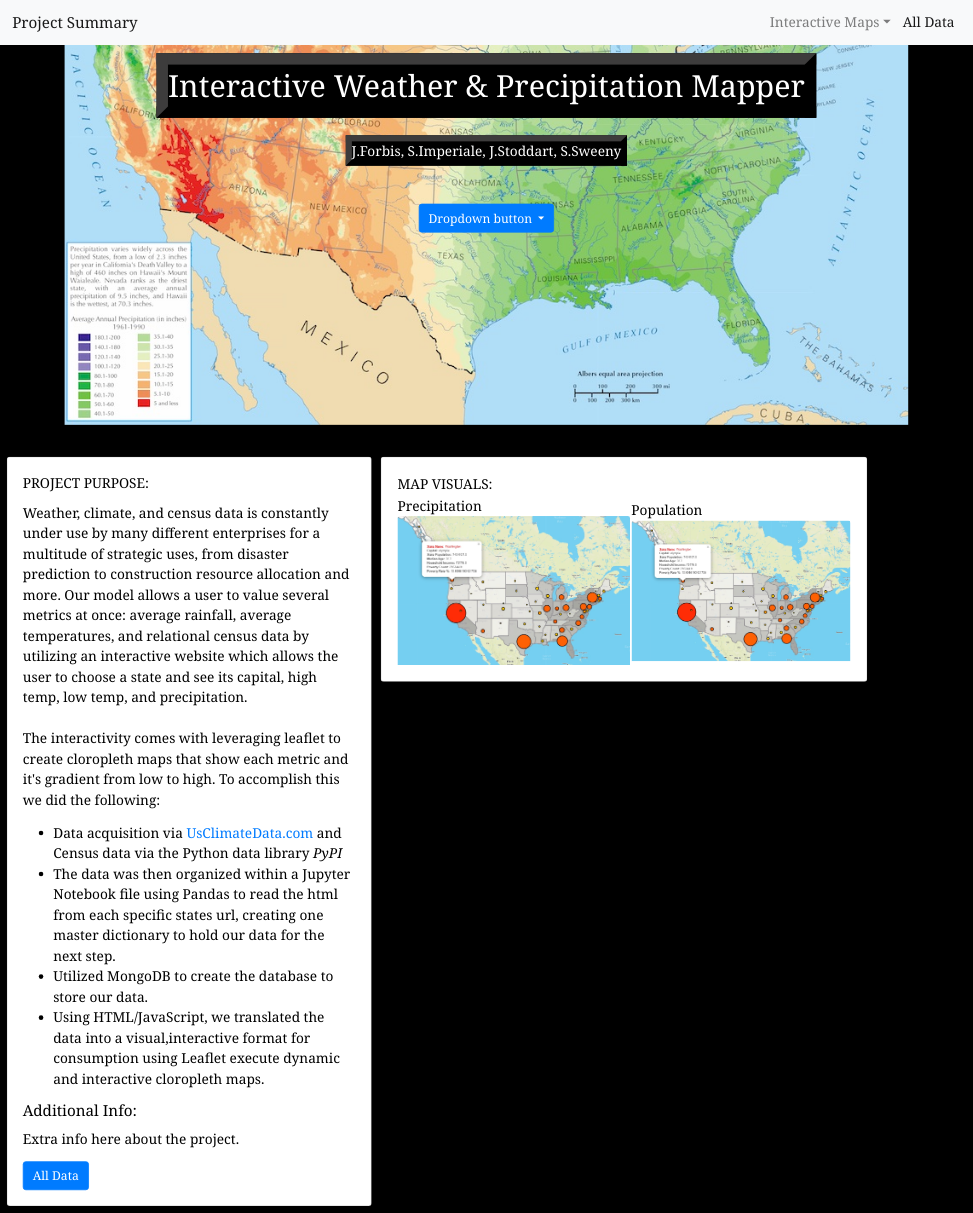
Repository: jforbis/project3-weathermap
Page: templates/index.html
The author's editor kept a copy of each file at every save. The page is drawn from the files as they stood at one save, then again after the next save.
The browser window is 1280 px wide. The pictures show the whole page, at 76% of full size.
Backgrounds fixed to the window are drawn as part of the page. The page is served by the project's application, run on Flask 3 (app.py). The template is opened directly, without the code that normally fills it, so the values that code supplies are empty.

Above is the page before, as saved 2021-03-16 01:31:54.

After the next save:
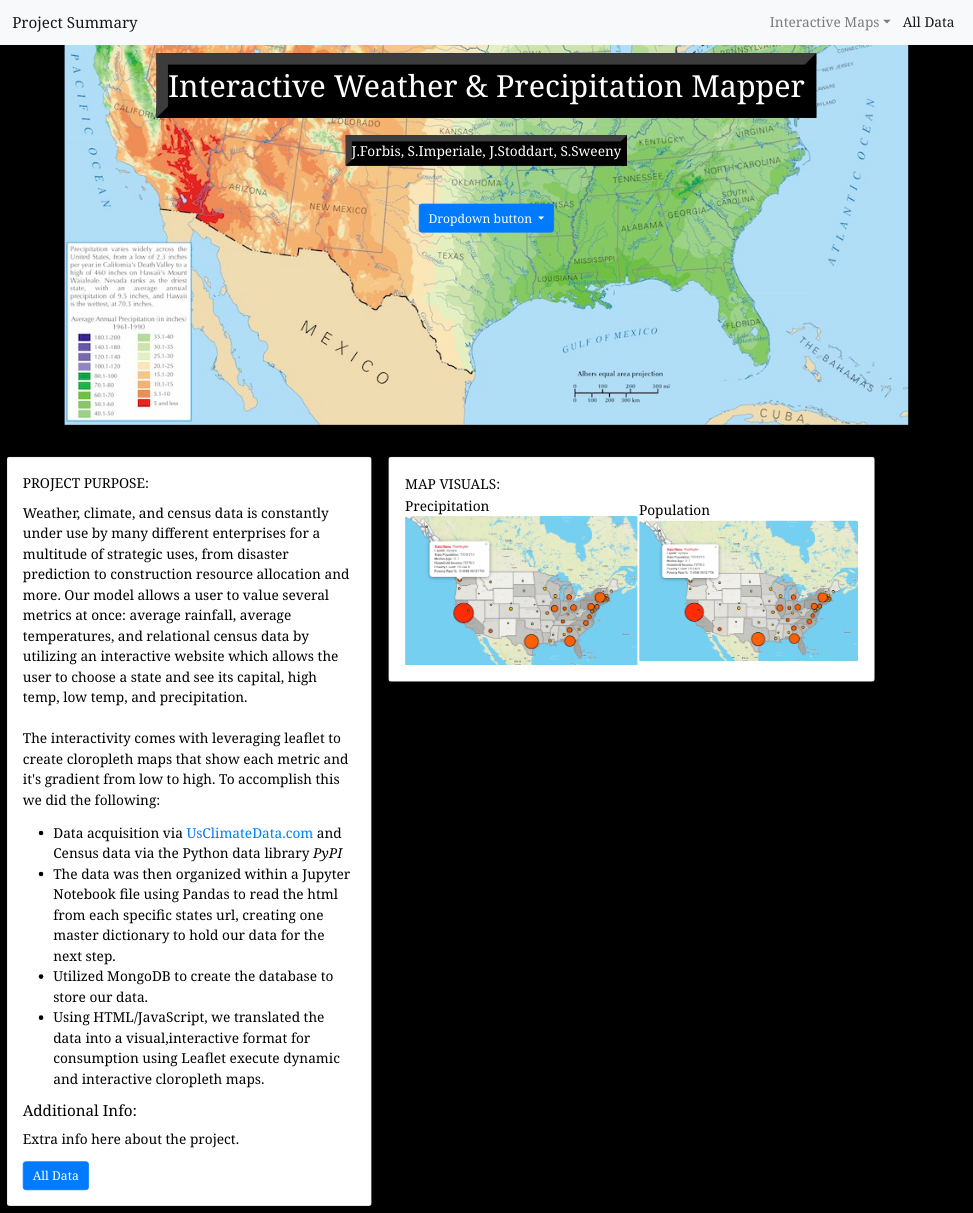
Saved 11 s later.
--- a/templates/index.html
+++ b/templates/index.html
@@ -126,7 +126,7 @@ z-index: 1071;">
                     </div>
                 </td>
                 <td style="vertical-align:top">
-                    <div class="card" style="margin-left: 10px;width: 40rem;">
+                    <div class="card" style="margin-left: 20px;width: 40rem;">
                             <div class="card-body">
                                 <table>
                                     <tr>
